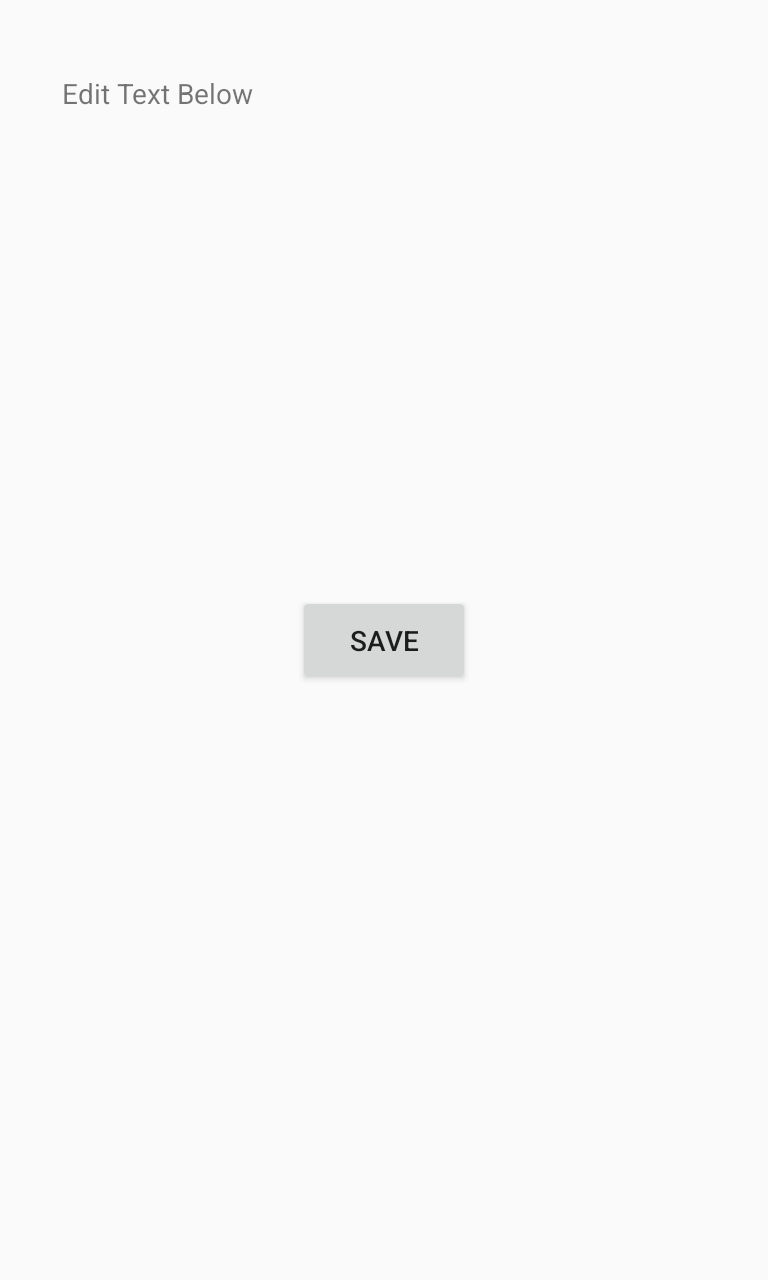
Repository: bernatfortet/android_class
Layout: TodoApp/res/layout/activity_edit_item.xml
The author's editor kept a copy of each file at every save. The layout is drawn from the files as they stood at one save, then again after the next save.
It is drawn on a 768 x 1280 px phone screen (xhdpi) without system bars, with theme AppTheme; the app's code is not run.

Above is the layout before, as saved 2014-06-03 06:13:33.

### TodoApp/res/layout/activity_edit_item.xml
<RelativeLayout xmlns:android="http://schemas.android.com/apk/res/android"
    xmlns:tools="http://schemas.android.com/tools"
    android:layout_width="match_parent"
    android:layout_height="match_parent"
    tools:context="${packageName}.${activityClass}" >

    <Button
        android:id="@+id/button1"
        android:layout_width="wrap_content"
        android:layout_height="wrap_content"
        android:layout_centerHorizontal="true"
        android:layout_centerVertical="true"
        android:text="@string/save_button_label" />

    <TextView
        android:id="@+id/textView1"
        android:layout_width="wrap_content"
        android:layout_height="wrap_content"
        android:layout_alignParentLeft="true"
        android:layout_alignParentTop="true"
        android:layout_marginLeft="31dp"
        android:layout_marginTop="37dp"
        android:text="Edit Text Below" />

</RelativeLayout>

### TodoApp/res/values/strings.xml
<?xml version="1.0" encoding="utf-8"?>
<resources>

    <string name="app_name">TodoApp</string>
    <string name="hello_world">Hello world!</string>
    <string name="add_hint">Add a new item</string>
    <string name="add_button_label">Add</string>
    <string name="title_activity_edit_item">EditItemActivity</string>
    <string name="save_button_label">Save</string>

</resources>

Loaded but not shown: TodoApp/res/values/styles.xml (common file); TodoApp/res/values-v11/styles.xml (common file); TodoApp/res/values-v14/styles.xml (common file)

After the next save:
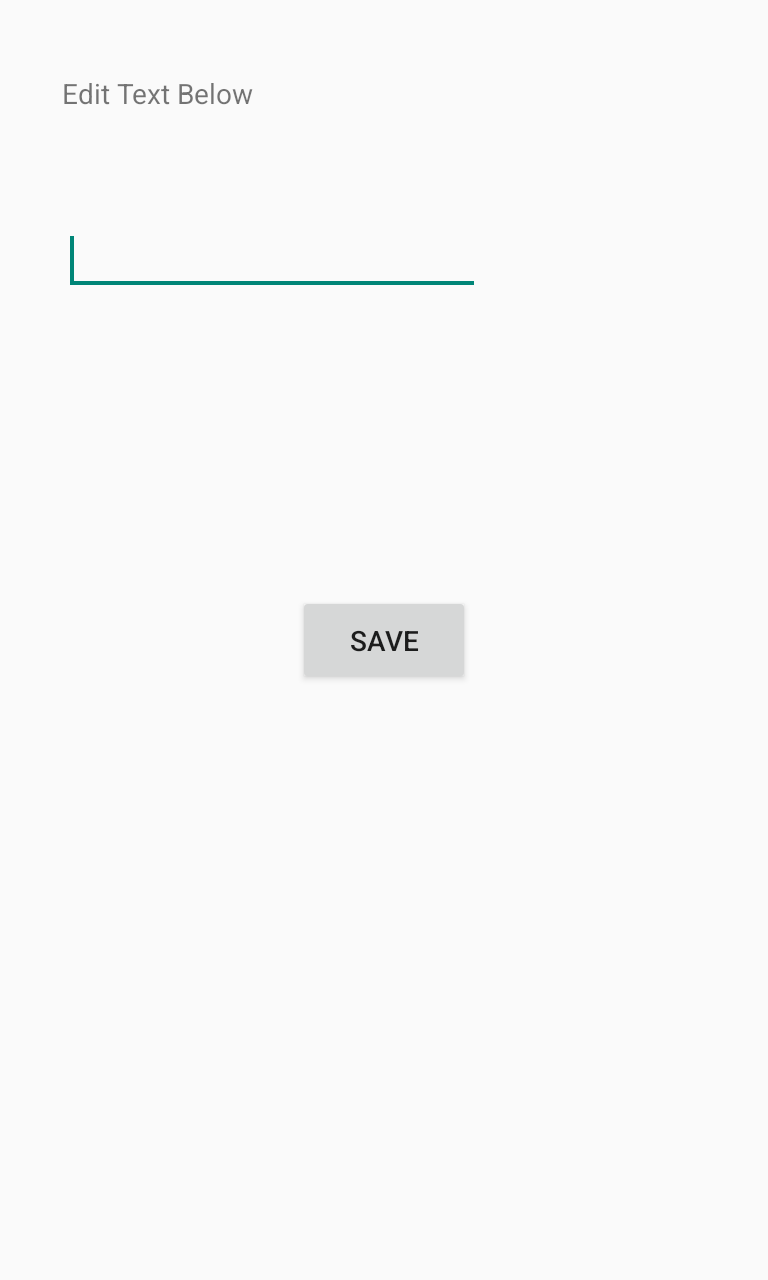
Saved 58 s later.
--- a/TodoApp/res/layout/activity_edit_item.xml
+++ b/TodoApp/res/layout/activity_edit_item.xml
@@ -5,7 +5,7 @@
     tools:context="${packageName}.${activityClass}" >
 
     <Button
-        android:id="@+id/button1"
+        android:id="@+id/save_edited_button"
         android:layout_width="wrap_content"
         android:layout_height="wrap_content"
         android:layout_centerHorizontal="true"
@@ -22,4 +22,16 @@
         android:layout_marginTop="37dp"
         android:text="Edit Text Below" />
 
+    <EditText
+        android:id="@+id/edited_item_text"
+        android:layout_width="wrap_content"
+        android:layout_height="wrap_content"
+        android:layout_alignLeft="@+id/textView1"
+        android:layout_below="@+id/textView1"
+        android:layout_marginTop="52dp"
+        android:ems="10" >
+
+        <requestFocus />
+    </EditText>
+
 </RelativeLayout>
